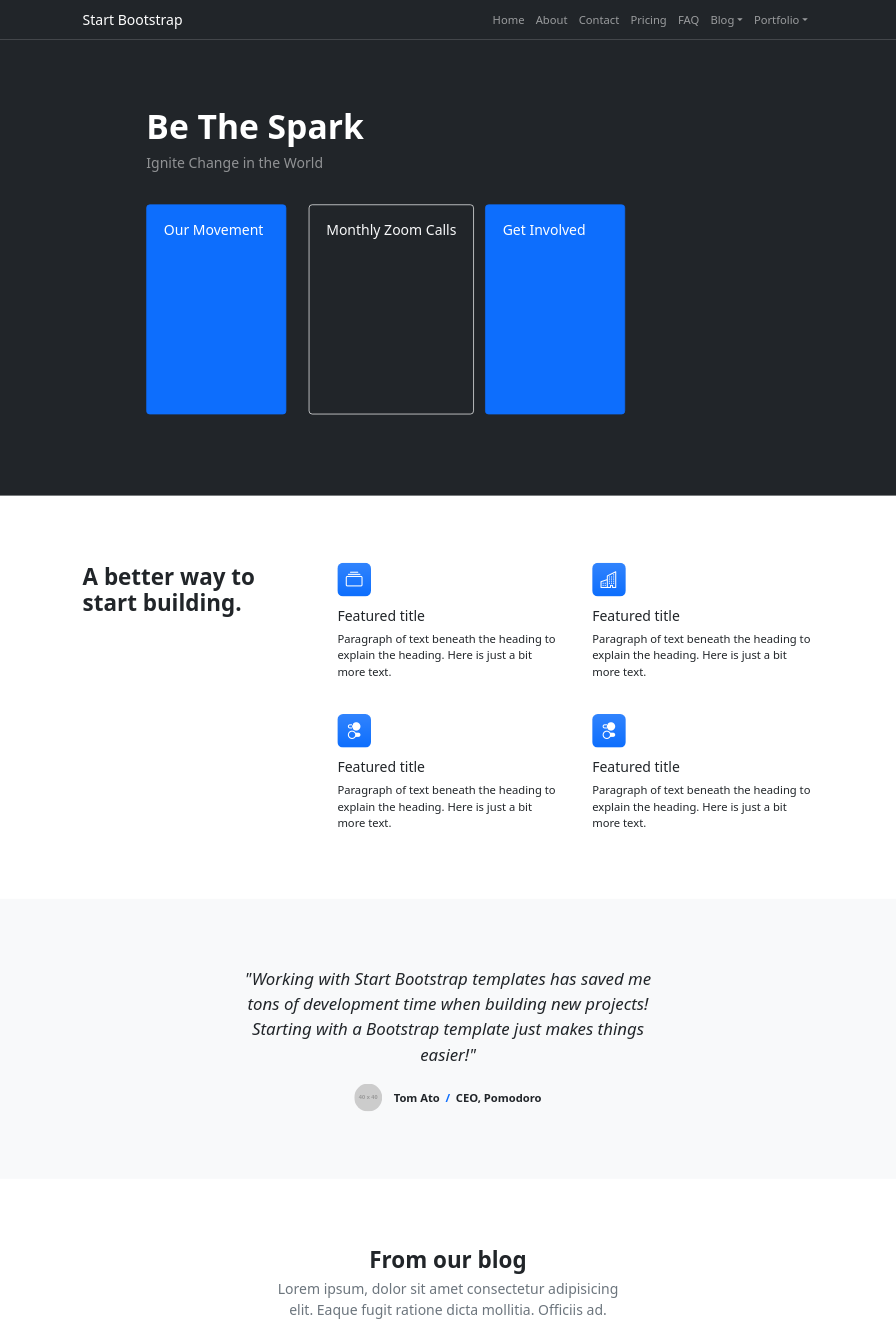
Repository: DragonFruit8/BeTheSpark
Page: index.html
These files come from the project's save history. The page is drawn as it stood at one moment and after a run of saves; the edit follows.
The browser window is 1280 px wide. The pictures show the part of the page from y = 0 to 1920 px (the page is 2852 px tall before and 2652 px after), at 70% of full size.

Above is the page before, as saved 2024-01-05 08:33:32.

After the next 3 saves:
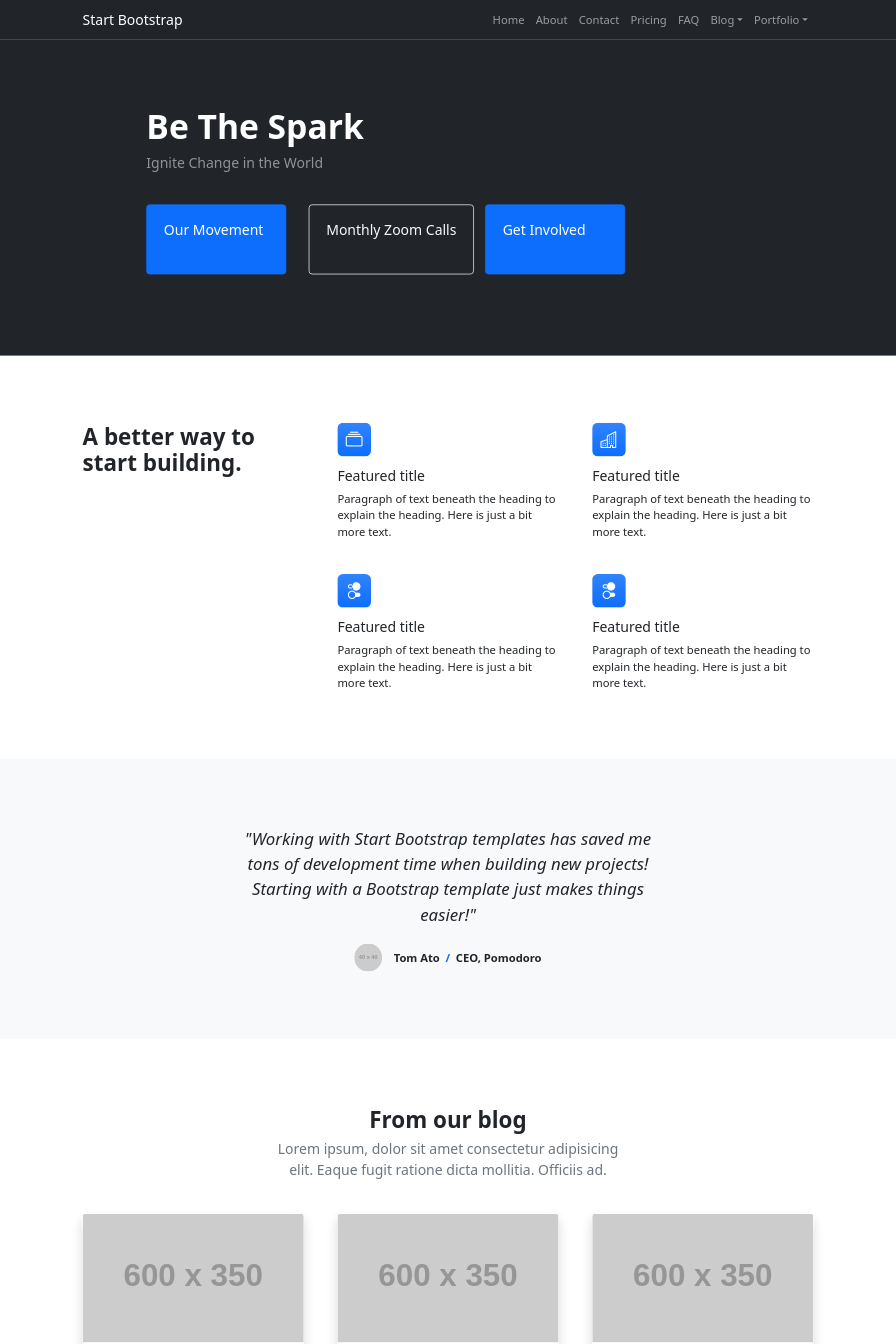
The 3 saves are shown as one change because they came seconds apart.
The last was saved 9 s later.
--- a/css/home.css
+++ b/css/home.css
@@ -1,6 +1,6 @@
 #CTA a{
     display: flex;
-    height:300px;
+    max-height:300px;
     max-width: 300px;
     padding: 20px;
     margin-top: 20px;
